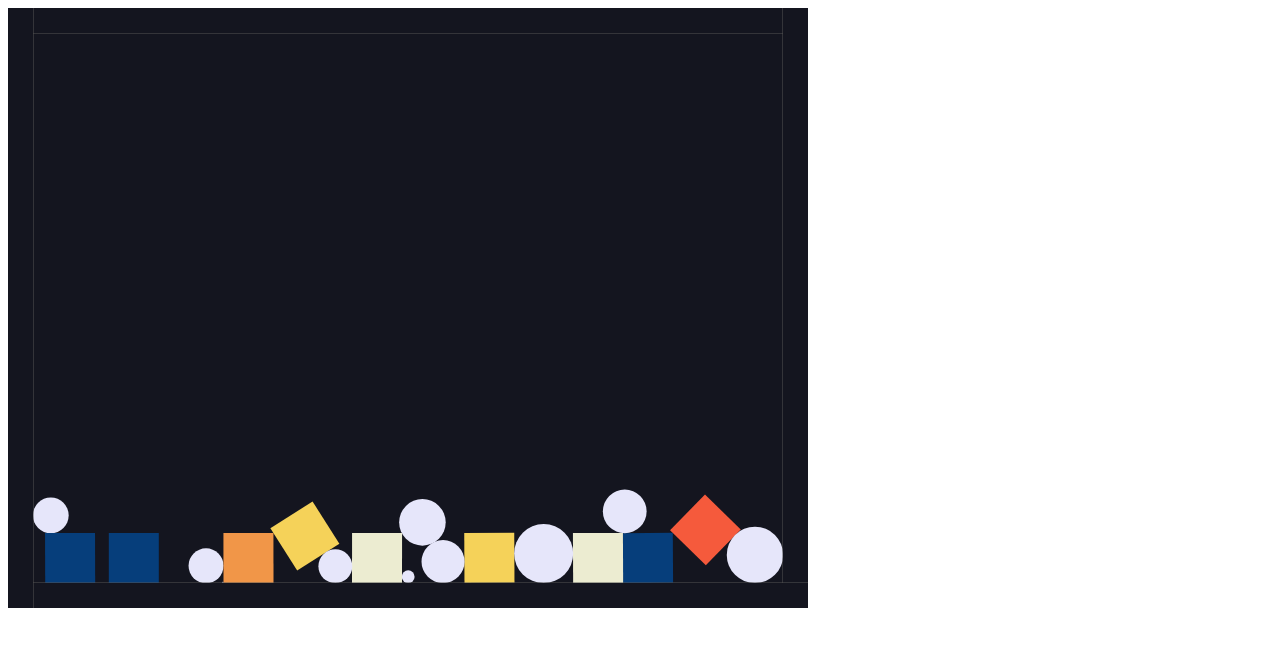
Repository: Sbethm/maze-runner
Page: index.html
The author's editor kept a copy of each file at every save. The page is drawn from the files as they stood at one save, then again after the next save.
The browser window is 1280 px wide. The pictures show the whole page.
Some web libraries are served in a nearby version.

Above is the page before, as saved 2021-10-01 16:30:36.

After the next save:
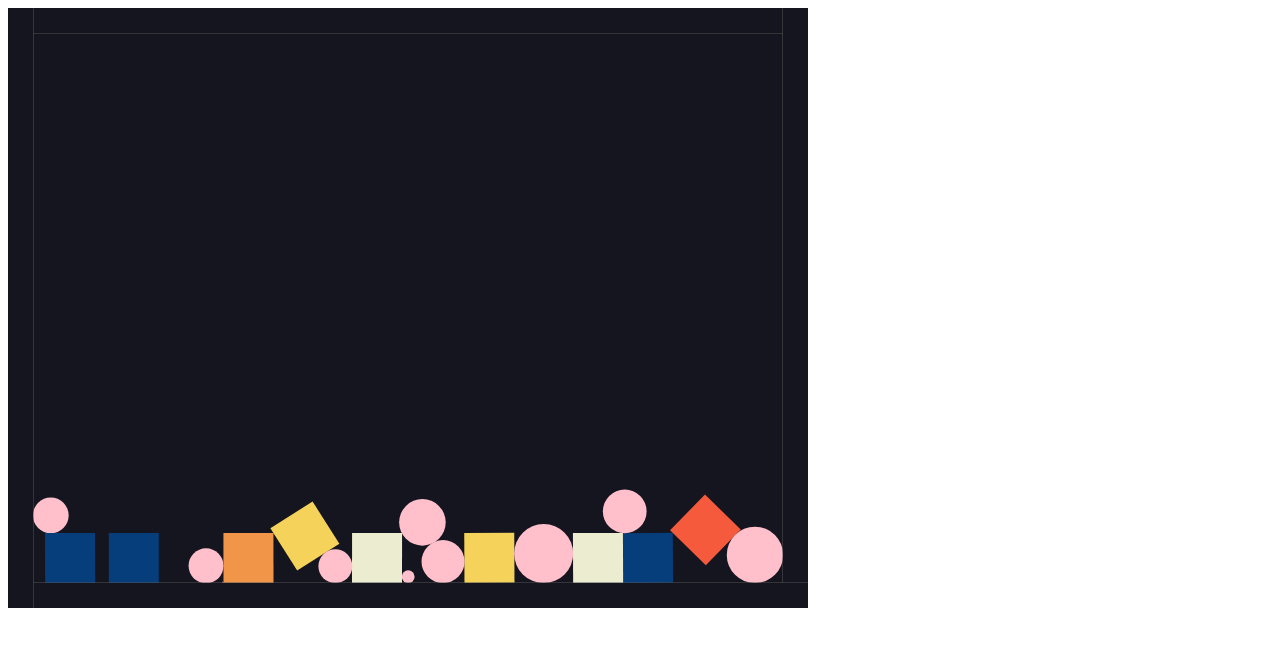
Saved 7 s later.
--- a/app.js
+++ b/app.js
@@ -28,7 +28,7 @@ for(let i = 0; i < 20; i++) {
     } else {
         World.add(world, Bodies.circle(Math.random() * width, Math.random() * height, Math.random() * 30, {
             render: {
-                fillStyle: 'lavender'
+                fillStyle: 'pink'
             }
         }));
     }
